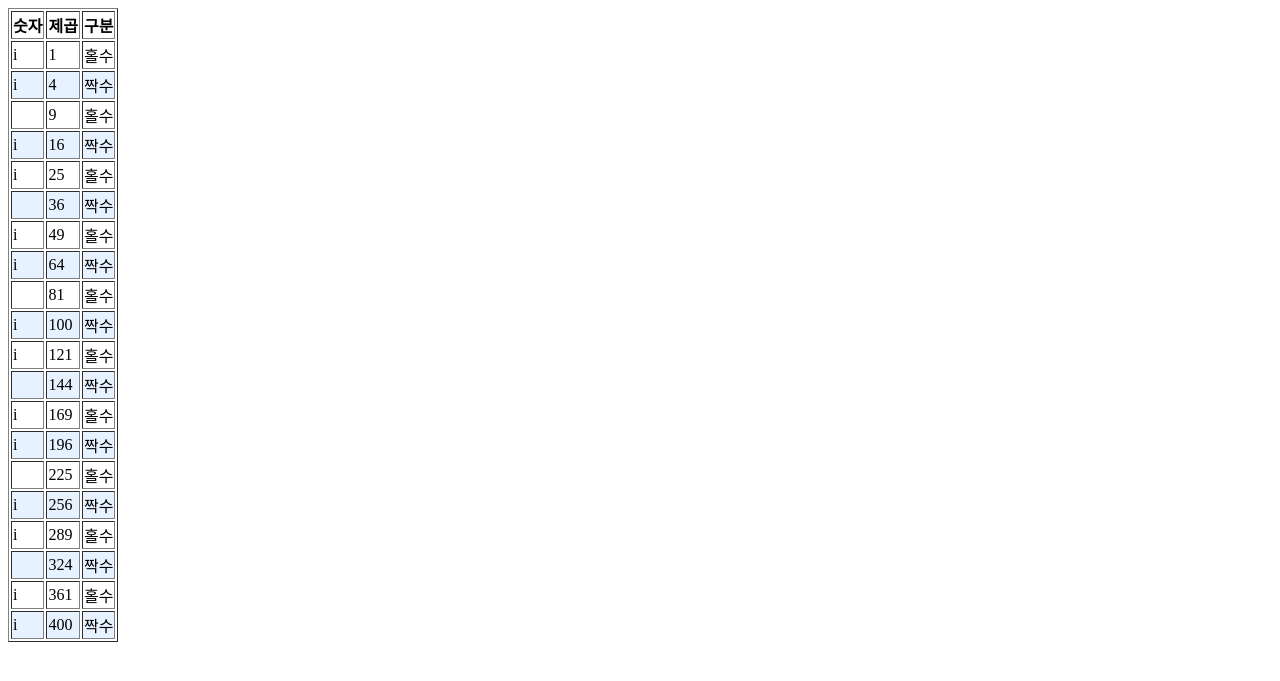
Repository: lhk21go-commits/Jsp2026
Page: http://localhost/chapter01/example_stripe.jsp
An editor plug-in stored every save of this project. The page is shown before and after the next save, followed by the edit.
The browser window is 1280 px wide. The pictures show the whole page.
The page is served by Tomcat 9.

Above is the page before, as saved 2026-10-16 06:24:25.

After the next save:
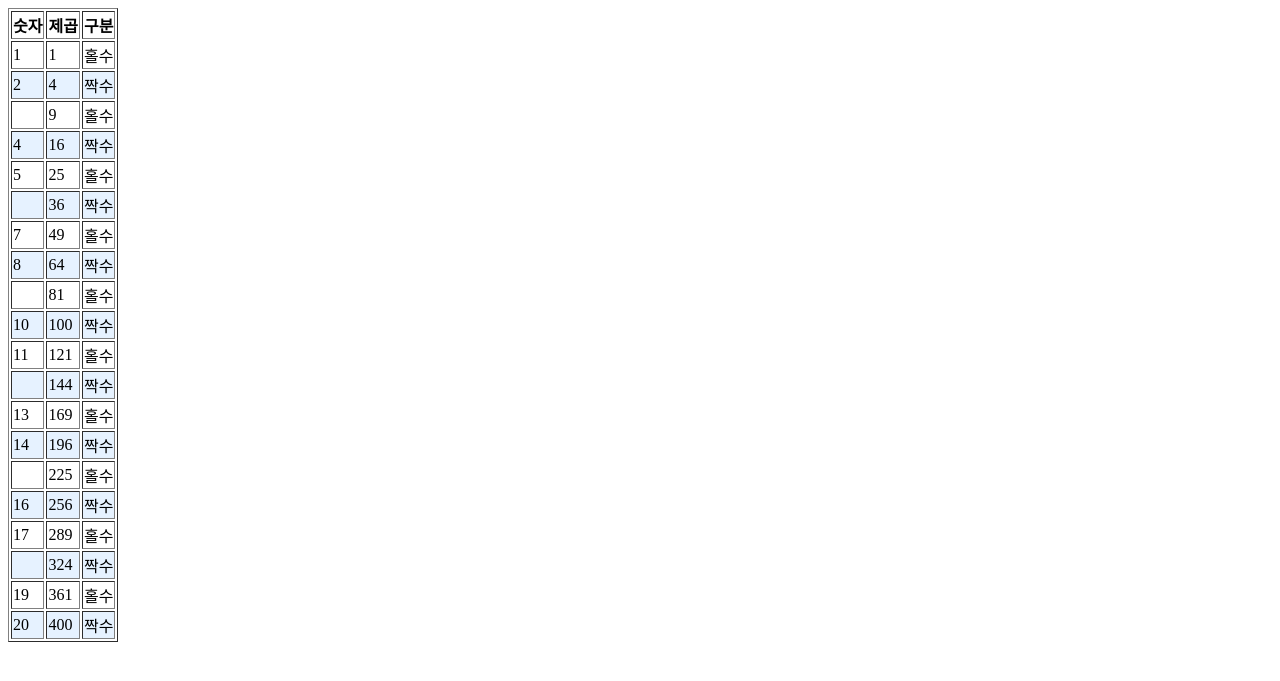
Saved 12 s later.
--- a/chapter01/src/main/webapp/example_stripe.jsp
+++ b/chapter01/src/main/webapp/example_stripe.jsp
@@ -15,7 +15,7 @@
 		<%
 			for(int i=1; i<=20; i++){	%>
 			<tr style="background-color:<%= (i%2==0) ? "#e6f2ff":"#ffffff" %>">
-				<td><%= (i%3==0) ? "<b>":"i"  %></td>
+				<td><%= (i%3==0) ? "<b>":i  %></td>
 				<td><%= i*i %></td>
 				<td><%= (i%2==0) ? "짝수":"홀수" %> </td>
 			</tr>
